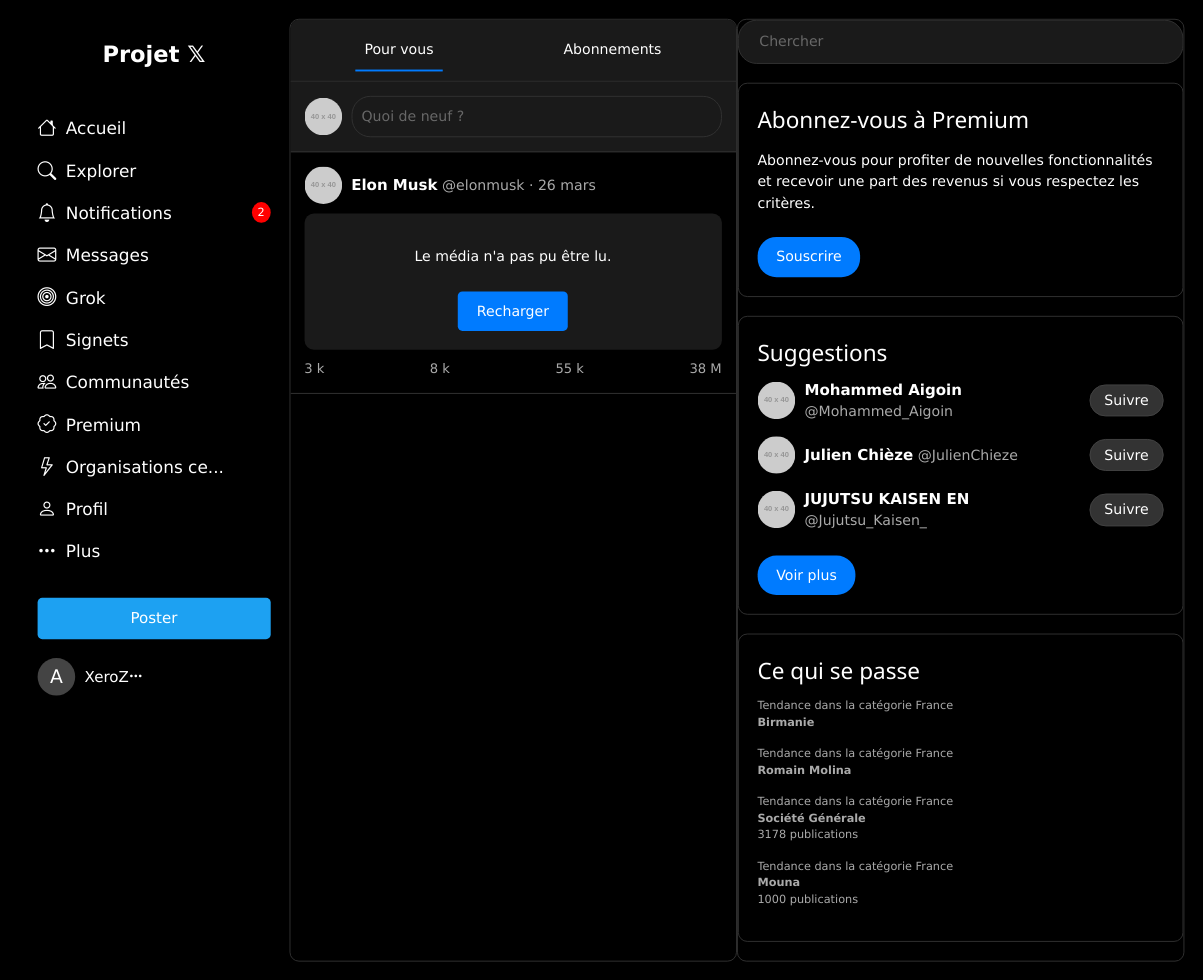
Repository: barriefl/ProjetX_BARRIER_MAULINE_MARQUES-FELIX_SERVONNET
Page: front/index.html
These files come from the project's save history. The page is drawn as it stood at one moment and after the next save; the edit follows.
The browser window is 1280 px wide. The pictures show the whole page, at 94% of full size.

Above is the page before, as saved 2025-03-28 09:23:53.

### front/index.html
<!DOCTYPE html>
<html lang="fr">
  <head>
    <meta charset="UTF-8" />
    <meta name="viewport" content="width=device-width, initial-scale=1.0" />
    <title>ProjetX</title>
    <link rel="stylesheet" href="style.css" />
    <link rel="stylesheet" href="https://www.w3schools.com/w3css/5/w3.css" />
    <link
      rel="stylesheet"
      href="https://cdn.jsdelivr.net/npm/bootstrap-icons@1.5.0/font/bootstrap-icons.css"
    />
  </head>
  <body>
    <div class="sidebar">
      <div class="logo">
        <a href="">Projet &Xopf;</a>
      </div>
      <ul class="menu">
        <li>
          <a href=""
            ><span class="icon"><i class="bi bi-house"></i></span> Accueil</a
          >
        </li>
        <li>
          <a href=""
            ><span class="icon"><i class="bi bi-search"></i></span>Explorer</a
          >
        </li>
        <li>
          <a href="#"
            ><span class="icon"><i class="bi bi-bell"></i></span> Notifications
            <span class="notification-badge">2</span></a
          >
        </li>
        <li>
          <a href="#"
            ><span class="icon"><i class="bi bi-envelope"></i></span>
            Messages</a
          >
        </li>
        <li>
          <a href="#"
            ><span class="icon"><i class="bi bi-bullseye"></i></span> Grok</a
          >
        </li>
        <li>
          <a href="#"
            ><span class="icon"><i class="bi bi-bookmark"></i></span> Signets</a
          >
        </li>
        <li>
          <a href="#"
            ><span class="icon"><i class="bi bi-people"></i></span>
            Communautés</a
          >
        </li>
        <li>
          <a href="#"
            ><span class="icon"><i class="bi bi-patch-check"></i></span>
            Premium</a
          >
        </li>
        <li>
          <a href="#"
            ><span class="icon"><i class="bi bi-lightning"></i></span>
            Organisations ce...</a
          >
        </li>
        <li>
          <a href="#"
            ><span class="icon"><i class="bi bi-person"></i></span> Profil</a
          >
        </li>
        <li>
          <a href="#"
            ><span class="icon"><i class="bi bi-three-dots"></i></span> Plus</a
          >
        </li>
      </ul>
      <div class="post-button">
        <button>Poster</button>
      </div>
      <div class="user-info">
        <span class="avatar">A</span>
        <span class="username">XeroZ</span>
        <span class="more-info"><i class="bi bi-three-dots"></i></span>
      </div>
    </div>
    <div class="container">
      <!-- Tabs -->
      <div class="tab-menu">
        <a href="#" class="active">Pour vous</a>
        <a href="#">Abonnements</a>
      </div>

      <!-- Header -->
      <div class="header">
        <img src="https://via.placeholder.com/40" alt="User Avatar" />
        <input type="text" placeholder="Quoi de neuf ?" />
      </div>

      <!-- Post -->
      <div class="post">
        <div class="user-info">
          <img src="https://via.placeholder.com/40" alt="User Avatar" />
          <div>
            <span class="username">Elon Musk</span>
            <span style="color: #aaa">@elonmusk · 26 mars</span>
          </div>
        </div>
        <div class="content">
          <p>Le média n'a pas pu être lu.</p>
          <button>Recharger</button>
        </div>
        <div class="actions">
          <span>3 k</span>
          <span>8 k</span>
          <span>55 k</span>
          <span>38 M</span>
        </div>
      </div>
    </div>
    <div class="container">
      <!-- Barre de recherche -->
      <div class="search-bar">
        <input type="text" placeholder="Chercher" />
      </div>

      <!-- Section Premium -->
      <div class="card">
        <h3>Abonnez-vous à Premium</h3>
        <p>
          Abonnez-vous pour profiter de nouvelles fonctionnalités et recevoir
          une part des revenus si vous respectez les critères.
        </p>
        <a href="#" class="button">Souscrire</a>
      </div>

      <!-- Suggestions -->
      <div class="card">
        <h3>Suggestions</h3>
        <div class="suggestion">
          <img src="https://via.placeholder.com/40" alt="Avatar" />
          <div class="info">
            <span class="username">Mohammed Aigoin</span>
            <span class="handle">@Mohammed_Aigoin</span>
          </div>
          <button>Suivre</button>
        </div>
        <div class="suggestion">
          <img src="https://via.placeholder.com/40" alt="Avatar" />
          <div class="info">
            <span class="username">Julien Chièze</span>
            <span class="handle">@JulienChieze</span>
          </div>
          <button>Suivre</button>
        </div>
        <div class="suggestion">
          <img src="https://via.placeholder.com/40" alt="Avatar" />
          <div class="info">
            <span class="username">JUJUTSU KAISEN EN</span>
            <span class="handle">@Jujutsu_Kaisen_</span>
          </div>
          <button>Suivre</button>
        </div>
        <a
          href="#"
          class="button"
          style="margin-top: 10px; display: inline-block"
          >Voir plus</a
        >
      </div>

      <!-- Tendances -->
      <div class="card">
        <h3>Ce qui se passe</h3>
        <ul class="trends">
          <li>
            <span>Tendance dans la catégorie France</span>
            <span class="title">Birmanie</span>
          </li>
          <li>
            <span>Tendance dans la catégorie France</span>
            <span class="title">Romain Molina</span>
          </li>
          <li>
            <span>Tendance dans la catégorie France</span>
            <span class="title">Société Générale</span>
            <span>3178 publications</span>
          </li>
          <li>
            <span>Tendance dans la catégorie France</span>
            <span class="title">Mouna</span>
            <span>1000 publications</span>
          </li>
        </ul>
      </div>
    </div>
  </body>
</html>

### front/style.css
body {
    margin: 0;
    font-family: Arial, sans-serif;
    background-color: #000;
    color: white;
    padding: 0;
    display: flex;
    justify-content: center;
    padding: 20px;
}

.sidebar {
    width: 300px;
    height: 100vh;
    display: flex;
    flex-direction: column;
    padding: 20px;
}

.logo {
    text-align: center;
    font-size: 24px;
    font-weight: bold;
    margin-bottom: 30px;
}

.logo a {
    text-decoration: none;
    color: white;
}

.menu {
    list-style: none;
    padding: 0;
    margin: 0;
    flex-grow: 1;
}

.menu li {
    margin: 15px 0;
}

.menu a {
    text-decoration: none;
    color: white;
    display: flex;
    align-items: center;
    font-size: 18px;
}

.menu .icon {
    margin-right: 10px;
    font-size: 20px;
}

.notification-badge {
    background-color: red;
    color: white;
    font-size: 12px;
    border-radius: 50%;
    padding: 2px 6px;
    margin-left: auto;
}

.post-button {
    margin: 20px 0;
}

.post-button button {
    width: 100%;
    padding: 10px;
    font-size: 16px;
    background-color: #1da1f2;
    color: white;
    border: none;
    border-radius: 5px;
    cursor: pointer;
}

.post-button button:hover {
    background-color: #0d8ce0;
}

.user-info {
    display: flex;
    align-items: center;
    margin-top: auto;
}

.avatar {
    background-color: #444;
    width: 40px;
    height: 40px;
    display: flex;
    align-items: center;
    justify-content: center;
    border-radius: 50%;
    font-size: 20px;
    margin-right: 10px;
}

.username {
    font-size: 16px;
}

.container {
    width: 500px;
    border: 1px solid #333;
    border-radius: 10px;
    overflow: hidden;
}

.header {
    display: flex;
    align-items: center;
    padding: 15px;
    border-bottom: 1px solid #333;
    background-color: #1a1a1a;
}

.header img {
    width: 40px;
    height: 40px;
    border-radius: 50%;
    margin-right: 10px;
}

.header input {
    flex: 1;
    background-color: #1a1a1a;
    border: 1px solid #333;
    border-radius: 20px;
    padding: 10px;
    color: #fff;
}

.header input::placeholder {
    color: #aaa;
}

.post {
    padding: 15px;
    border-bottom: 1px solid #333;
}

.post .user-info {
    display: flex;
    align-items: center;
    margin-bottom: 10px;
}

.post .user-info img {
    width: 40px;
    height: 40px;
    border-radius: 50%;
    margin-right: 10px;
}

.post .user-info .username {
    font-weight: bold;
}

.post .content {
    background-color: #1a1a1a;
    border-radius: 10px;
    padding: 20px;
    text-align: center;
}

.post .content button {
    background-color: #007bff;
    color: #fff;
    border: none;
    border-radius: 5px;
    padding: 10px 20px;
    margin-top: 10px;
    cursor: pointer;
}

.post .actions {
    display: flex;
    justify-content: space-between;
    margin-top: 10px;
    font-size: 14px;
    color: #aaa;
}

.tab-menu {
    display: flex;
    justify-content: space-around;
    padding: 10px;
    background-color: #1a1a1a;
    border-bottom: 1px solid #333;
}

.tab-menu a {
    color: #fff;
    text-decoration: none;
    padding: 10px;
}

.tab-menu a.active {
    border-bottom: 2px solid #007bff;
}

 .search-bar {
     display: flex;
     padding: 10px 20px;
     margin-bottom: 20px;
     background-color: #1a1a1a;
     border-radius: 20px;
     border: 1px solid #333;
 }

 .search-bar input {
     flex: 1;
     background: transparent;
     border: none;
     outline: none;
     color: #ffffff;
 }

 .search-bar input::placeholder {
     color: #aaa;
 }

 .card {
    border: 1px solid #333;
     border-radius: 10px;
     padding: 20px;
     margin-bottom: 20px;
 }

 .card h3 {
     margin-top: 0;
 }

 .card .button {
     display: inline-block;
     background-color: #007bff;
     color: #ffffff;
     text-decoration: none;
     padding: 10px 20px;
     border-radius: 20px;
     margin-top: 10px;
     text-align: center;
 }

 .suggestion {
     display: flex;
     align-items: center;
     margin-bottom: 15px;
 }

 .suggestion img {
     width: 40px;
     height: 40px;
     border-radius: 50%;
     margin-right: 10px;
 }

 .suggestion .info {
     flex: 1;
 }

 .suggestion .info .username {
     font-weight: bold;
 }

 .suggestion .info .handle {
     color: #aaa;
 }

 .suggestion button {
     background-color: #333;
     border: 1px solid #444;
     color: #fff;
     border-radius: 20px;
     padding: 5px 15px;
     cursor: pointer;
 }

 .trends {
     list-style: none;
     padding: 0;
     margin: 0;
 }

 .trends li {
     margin-bottom: 15px;
 }

 .trends li span {
     display: block;
     color: #aaa;
     font-size: 12px;
 }

 .trends li .title {
     font-weight: bold;
 }

After the next save:
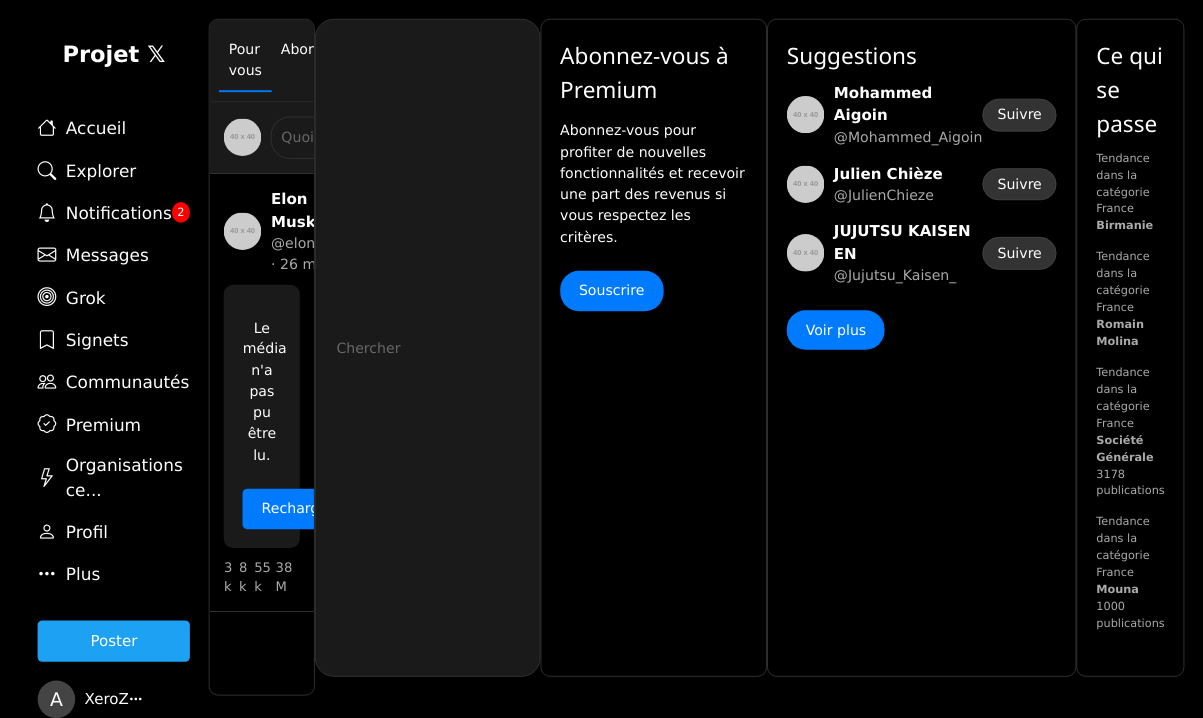
Saved 2 min 4 s later.
--- a/front/index.html
+++ b/front/index.html
@@ -121,8 +121,6 @@
         </div>
       </div>
     </div>
-    <div class="container">
-      <!-- Barre de recherche -->
       <div class="search-bar">
         <input type="text" placeholder="Chercher" />
       </div>

After the 2 saves that followed:
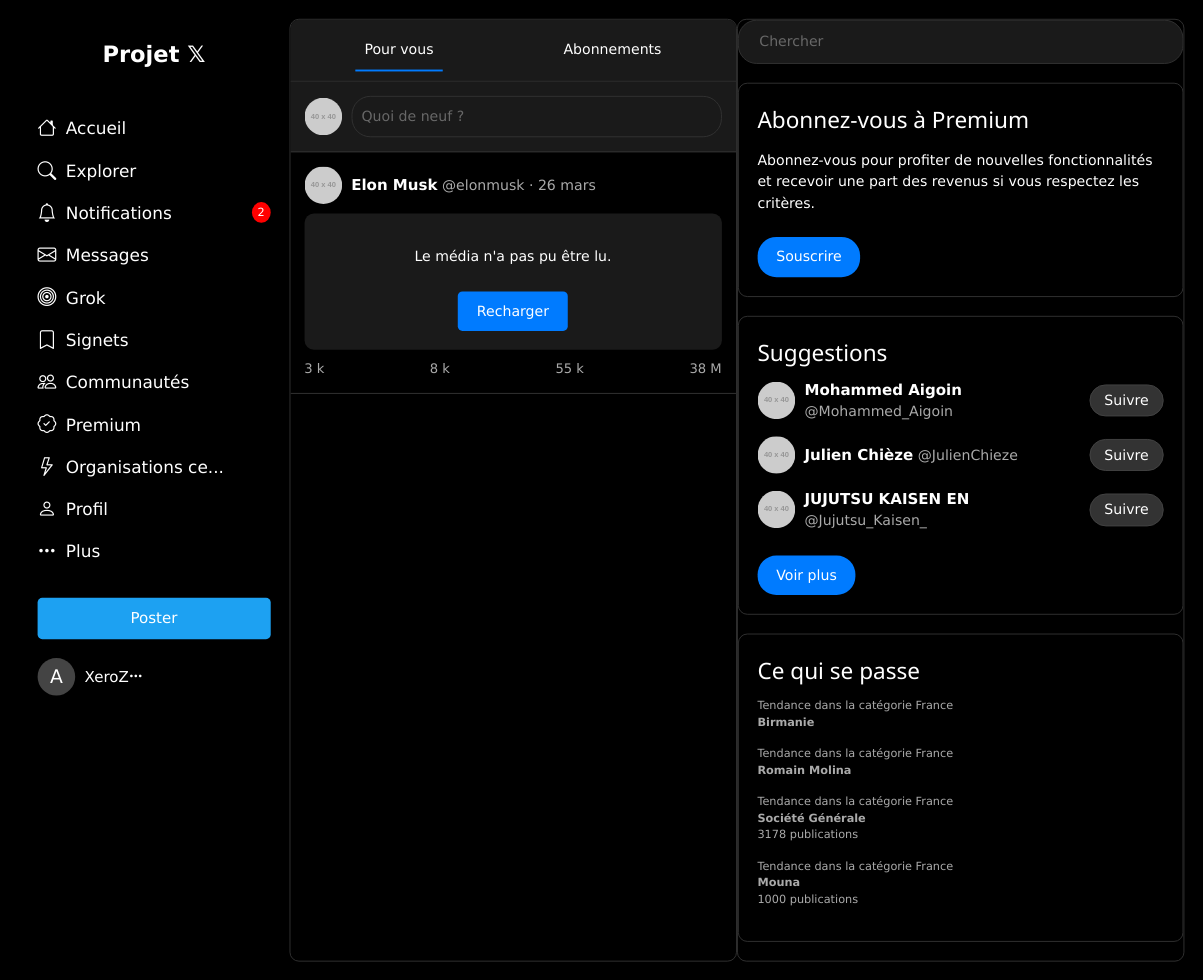
The 2 saves are shown as one change because 1 left the picture as it was.
The last was saved 26 s later.
--- a/front/index.html
+++ b/front/index.html
@@ -121,6 +121,8 @@
         </div>
       </div>
     </div>
+    <div class="container">
+      <!-- Barre de recherche -->
       <div class="search-bar">
         <input type="text" placeholder="Chercher" />
       </div>
